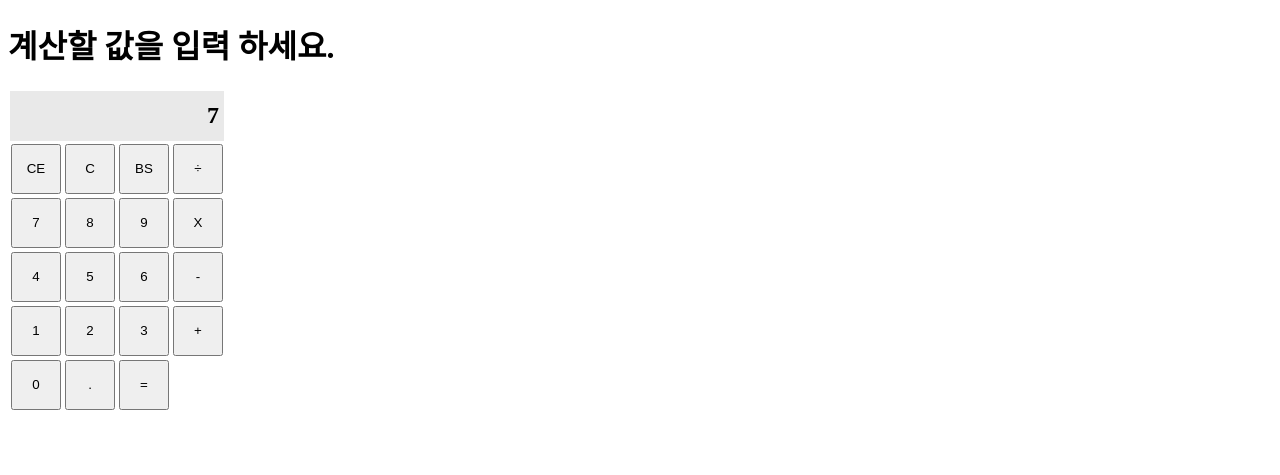
Repository: Realhyeonwoo/study-jsp
Page: http://localhost/JSPPrj/calculator.jsp
The author's editor kept a copy of each file at every save. The page is drawn from the files as they stood at one save, then again after the next save.
The browser window is 1280 px wide. The pictures show the whole page.
The page is served by Tomcat 9. Other server files are loaded and not shown.

Above is the page before, as saved 2020-04-17 02:27:25.

### JSPPrj/WebContent/calculator.jsp
<%@ page language="java" contentType="text/html; charset=UTF-8"
    pageEncoding="UTF-8"%>
<!DOCTYPE html>
<html>
<head>
<meta charset="UTF-8">
<title>Insert title here</title>
<style>
	input {
	width: 50px;
	height: 50px;
	}
	.output {
		height: 50px;
		background: #e9e9e9;
		font-size: 24px;
		font-weight: bold;
		text-align: right;
		padding: 0px 5px;
	}

</style>
</head>
<body>
	<h1>계산할 값을 입력 하세요.</h1>
	<form action="calc3" method="post">
		<table>
			<tr>
				<td class="output" colspan="4">${3+4}</td>
			</tr>
			<tr>
				<td><input type="submit" name="operator" value="CE"/></td>
				<td><input type="submit" name="operator" value="C"/></td>
				<td><input type="submit" name="operator" value="BS"/></td>
				<td><input type="submit" name="operator" value="÷"/></td>
			</tr>
			<tr>
				<td><input type="submit" name="value" value="7"/></td>
				<td><input type="submit" name="value" value="8"/></td>
				<td><input type="submit" name="value" value="9"/></td>
				<td><input type="submit" name="operator" value="X"/></td>
			</tr>
			<tr>
				<td><input type="submit" name="value" value="4"/></td>
				<td><input type="submit" name="value" value="5"/></td>
				<td><input type="submit" name="value" value="6"/></td>
				<td><input type="submit" name="operator" value="-"/></td>
			</tr>
			<tr>
				<td><input type="submit" name="value" value="1"/></td>
				<td><input type="submit" name="value" value="2"/></td>
				<td><input type="submit" name="value" value="3"/></td>
				<td><input type="submit" name="operator" value="+"/></td>
			</tr>
			<tr>
				<td><input type="submit" name="value" value="0"/></td>
				<td><input type="submit" name="operator" value="."/></td>
				<td><input type="submit" name="operator" value="="/></td>
			</tr>
		</table>
	</form>
</body>
</html>

After the next save:
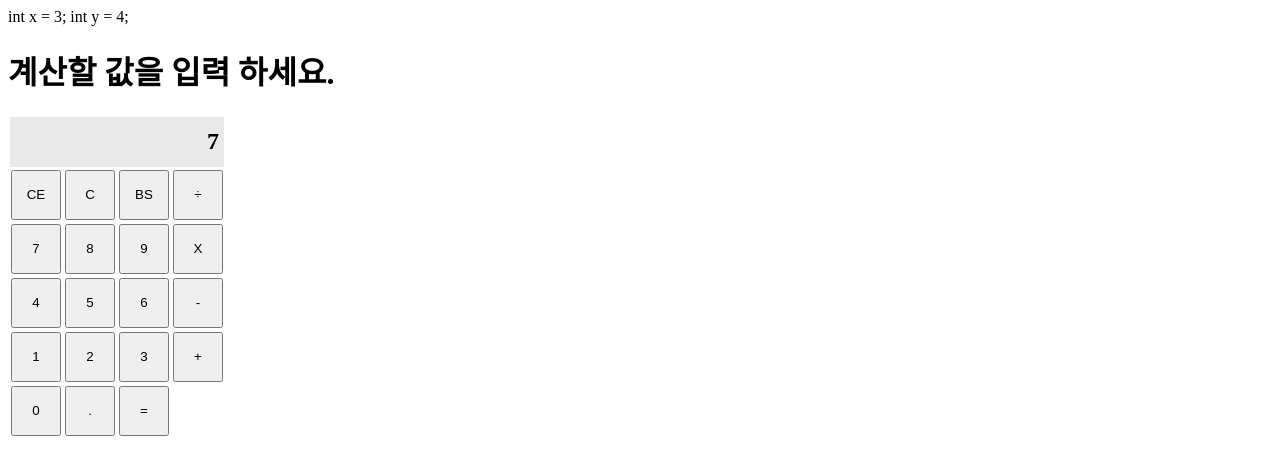
Saved 10 min 9 s later.
--- a/JSPPrj/WebContent/calculator.jsp
+++ b/JSPPrj/WebContent/calculator.jsp
@@ -1,5 +1,7 @@
 <%@ page language="java" contentType="text/html; charset=UTF-8"
     pageEncoding="UTF-8"%>
+   int x = 3;
+   int y = 4;
 <!DOCTYPE html>
 <html>
 <head>

After the save that followed:
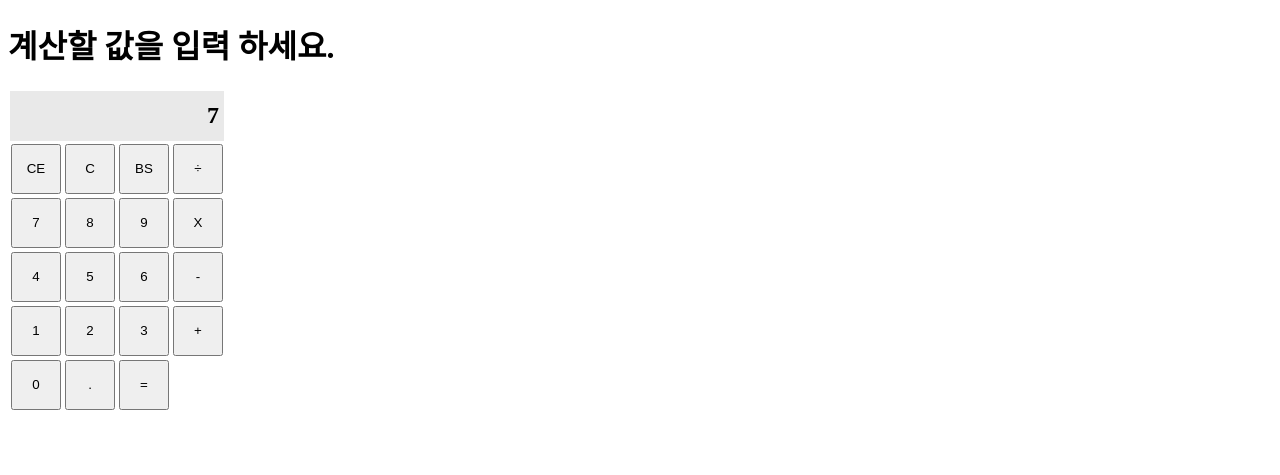
Saved 54 s later.
--- a/JSPPrj/WebContent/calculator.jsp
+++ b/JSPPrj/WebContent/calculator.jsp
@@ -1,7 +1,9 @@
 <%@ page language="java" contentType="text/html; charset=UTF-8"
     pageEncoding="UTF-8"%>
+        <%
    int x = 3;
    int y = 4;
+   %>
 <!DOCTYPE html>
 <html>
 <head>
